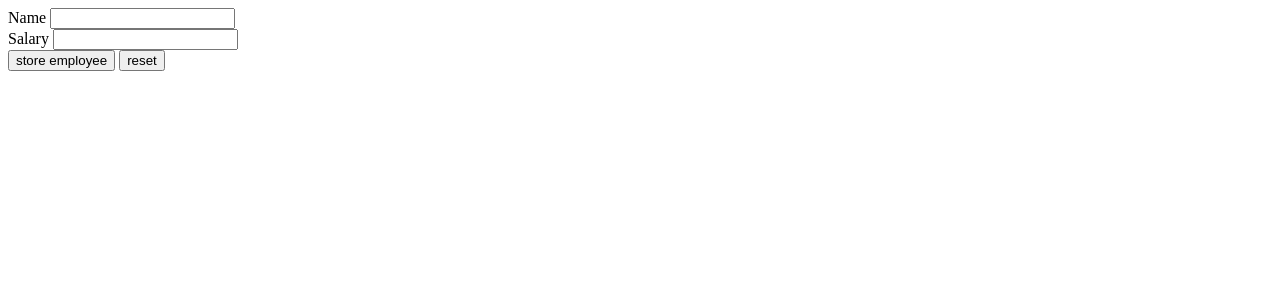
Repository: Atla-Siddishwari/springframeworkWporkpace
Page: http://localhost/SpringBootWithJSPWithJPA/addEmployee.jsp
An editor plug-in stored every save of this project. The page is shown before and after the next save, followed by the edit.
The browser window is 1280 px wide. The pictures show the whole page.
The page is served by Tomcat 9. Other server files are loaded and not shown.

Above is the page before, as saved 2022-03-25 05:24:57.

### SpringBootWithJSPWithJPA/src/main/webapp/addEmployee.jsp
<%@ page language="java" contentType="text/html; charset=ISO-8859-1"
    pageEncoding="ISO-8859-1"%>
<!DOCTYPE html>
<html>
<head>
<meta charset="ISO-8859-1">
<title>Insert title here</title>
</head>
<body>
<form action="storeEmployee">
<label>Name</label>
<input type="text" name="name"><br/>
<label>Salary</label>
<input type="text" name="salary"><br/>
<input type="submit" value="store employee">
<input type="reset" value="reset">
</form>
${requestScope.msg}
</body>
</html>

After the next save:
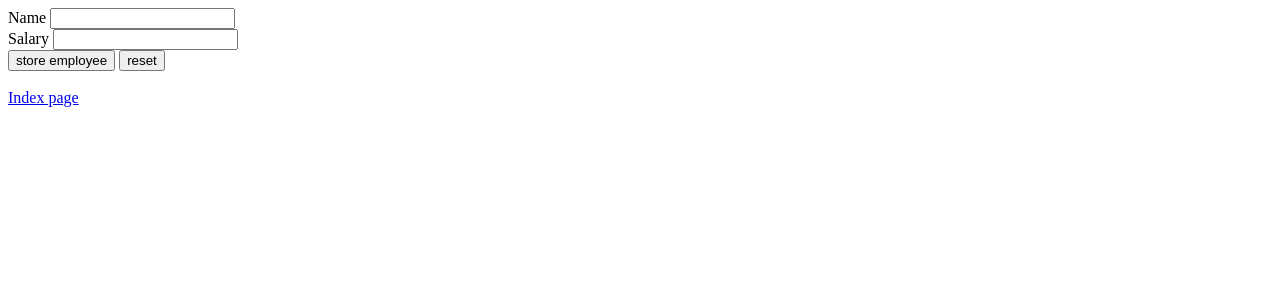
Saved 109 s later.
--- a/SpringBootWithJSPWithJPA/src/main/webapp/addEmployee.jsp
+++ b/SpringBootWithJSPWithJPA/src/main/webapp/addEmployee.jsp
@@ -9,12 +9,13 @@
 <body>
 <form action="storeEmployee">
 <label>Name</label>
-<input type="text" name="name"><br/>
+<input type="text" name="name1"><br/>
 <label>Salary</label>
-<input type="text" name="salary"><br/>
+<input type="text" name="salary1"><br/>
 <input type="submit" value="store employee">
 <input type="reset" value="reset">
 </form>
-${requestScope.msg}
+${requestScope.msg}<br/>
+<a href="index.jsp">Index page</a>
 </body>
 </html>
